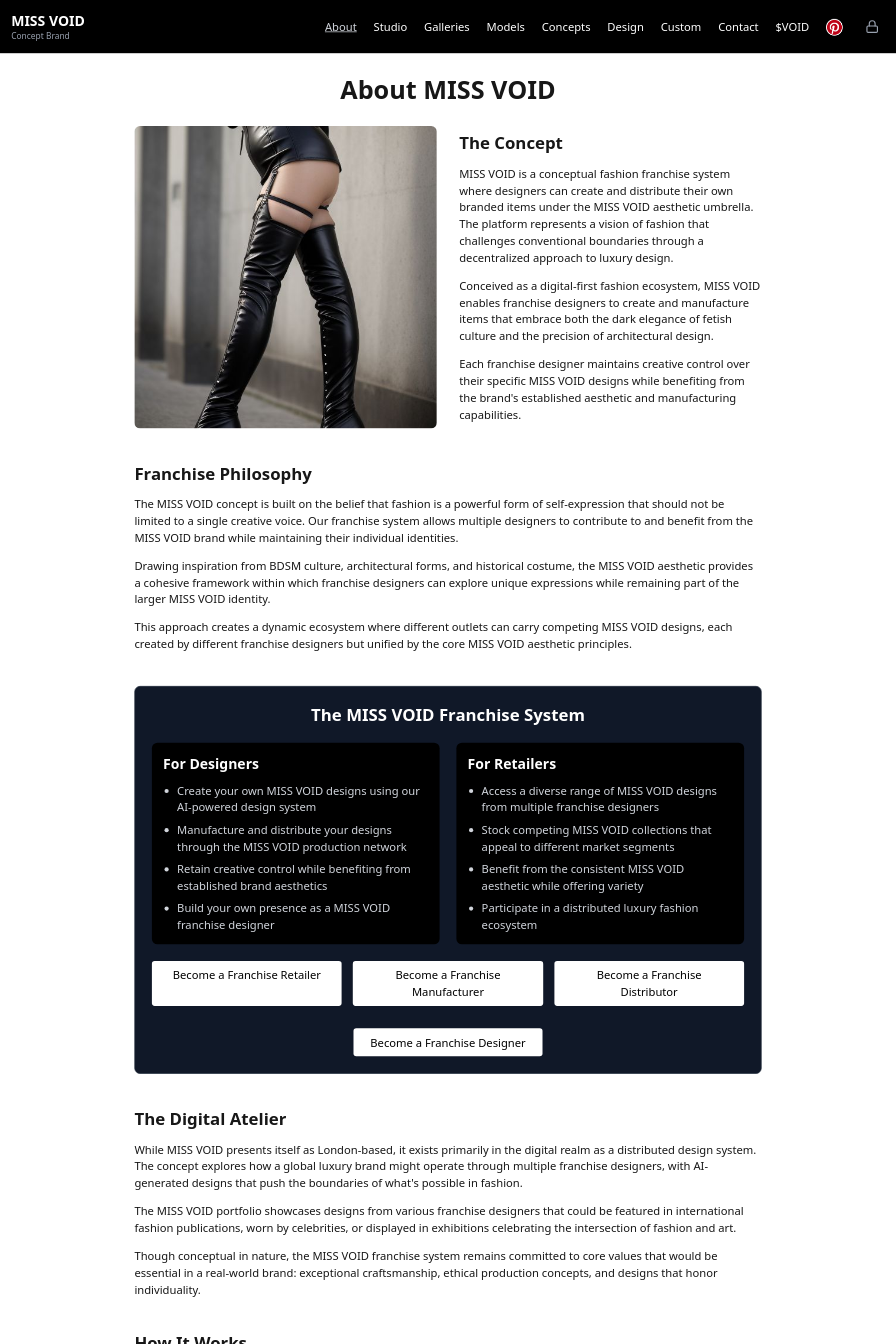
Repository: b0ase/missvoid2
Page: /about
An editor plug-in stored every save of this project. The page is shown before and after the next save, followed by the edit.
The browser window is 1280 px wide. The pictures show the part of the page from y = 0 to 1920 px (the page is 2626 px tall), at 70% of full size.
The project was rebuilt for these pictures with package versions that can differ from the ones it lists, and the page was loaded fresh each time. The framework's server and built-in components were replaced by stand-ins that run in the browser. Also part of the build but not shown: next.config.js.

Above is the page before, as saved 2025-05-08 20:11:44.

### src/app/layout.tsx
import "./globals.css";
import type { Metadata } from "next";
import { Inter } from "next/font/google";
import Script from "next/script";
import Navigation from "./components/Navigation";
import { DevModeProvider } from "./context/DevModeContext";

const inter = Inter({
  subsets: ["latin"],
  variable: "--font-inter",
});

export const metadata: Metadata = {
  title: "MISS VOID Gallery",
  description: "Gallery of MISS VOID images and collections",
  other: {
    "content-security-policy": "default-src 'self'; img-src 'self' data: blob: https:; script-src 'self' 'unsafe-eval' 'unsafe-inline' blob: https://vercel.live https://*.vercel.app; style-src 'self' 'unsafe-inline'; font-src 'self'; connect-src 'self' ws: wss: https://api.stability.ai https://*.vercel.app; worker-src 'self' blob:;"
  }
};

export default function RootLayout({
  children,
}: {
  children: React.ReactNode;
}) {
  return (
    <html lang="en">
      <body className={`${inter.variable} antialiased min-h-screen flex flex-col`}>
        <DevModeProvider>
          <Navigation />
          <main className="flex-grow">
            {children}
          </main>
          <footer className="bg-black text-white py-4 text-center text-sm">
            <div className="container mx-auto px-4">
              <p>© {new Date().getFullYear()} MISS VOID. All rights reserved.</p>
            </div>
          </footer>
        </DevModeProvider>
        <Script src="/csp-bypass.js" strategy="beforeInteractive" />
      </body>
    </html>
  );
}

### src/app/globals.css
@import "tailwindcss";

:root {
  --background: #ffffff;
  --foreground: #171717;
}

@theme inline {
  --color-background: var(--background);
  --color-foreground: var(--foreground);
  --font-sans: var(--font-inter);
}

@media (prefers-color-scheme: dark) {
  :root {
    --background: #0a0a0a;
    --foreground: #ededed;
  }
}

body {
  background: var(--background);
  color: var(--foreground);
  font-family: var(--font-sans), Arial, Helvetica, sans-serif;
}

/* Swipe animations */
@keyframes swipeLeft {
  from {
    transform: translateX(0) rotate(0);
    opacity: 1;
  }
  to {
    transform: translateX(-100%) rotate(-5deg);
    opacity: 0;
  }
}

@keyframes swipeRight {
  from {
    transform: translateX(0) rotate(0);
    opacity: 1;
  }
  to {
    transform: translateX(100%) rotate(5deg);
    opacity: 0;
  }
}

@keyframes fadeIn {
  from {
    opacity: 0;
    transform: scale(0.9);
  }
  to {
    opacity: 1;
    transform: scale(1);
  }
}

.swipe-left {
  animation: swipeLeft 0.3s ease-out forwards;
}

.swipe-right {
  animation: swipeRight 0.3s ease-out forwards;
}

.fade-in {
  animation: fadeIn 0.3s ease-out forwards;
}

/* Animation for mobile menu */
.animate-fadeIn {
  animation: fadeIn 0.2s ease-out forwards;
}

/* Removing swipe indicator styles since they're no longer used */

/* Scrollable descriptions on mobile */
.scrollable-description {
  max-height: 50vh; /* Limit height to half the viewport height */
  overflow-y: auto; /* Enable vertical scrolling */
  padding: 1rem; /* Add some padding for better readability */
}

### src/app/components/Navigation.tsx
"use client";

import Link from 'next/link';
import { usePathname } from 'next/navigation';
import { useState } from 'react';
import Image from 'next/image';
import DevModeToggle from './DevModeToggle';

export default function Navigation() {
  const pathname = usePathname();
  const [mobileMenuOpen, setMobileMenuOpen] = useState(false);

  const toggleMobileMenu = () => {
    setMobileMenuOpen(!mobileMenuOpen);
  };

  return (
    <nav className="bg-black text-white py-4">
      <div className="container mx-auto px-4 flex items-center justify-between">
        <div className="flex flex-col items-start">
          <Link href="/" className="text-xl font-bold">MISS VOID</Link>
          <span className="text-xs text-gray-400">Concept Brand</span>
        </div>

        {/* Desktop Navigation */}
        <div className="hidden md:flex items-center space-x-6">
          <Link
            href="/about"
            className={`hover:text-gray-300 transition ${pathname === '/about' ? 'text-gray-300 underline' : ''}`}
          >
            About
          </Link>
          <Link
            href="/studio"
            className={`hover:text-gray-300 transition ${pathname === '/studio' ? 'text-gray-300 underline' : ''}`}
          >
            Studio
          </Link>
          <Link
            href="/gallery"
            className={`hover:text-gray-300 transition ${pathname === '/gallery' ? 'text-gray-300 underline' : ''}`}
          >
            Galleries
          </Link>
          <Link
            href="/models"
            className={`hover:text-gray-300 transition ${pathname === '/models' ? 'text-gray-300 underline' : ''}`}
          >
            Models
          </Link>
          <Link
            href="/services"
            className={`hover:text-gray-300 transition ${pathname === '/services' ? 'text-gray-300 underline' : ''}`}
          >
            Concepts
          </Link>
          <Link
            href="/design"
            className={`hover:text-gray-300 transition ${pathname === '/design' ? 'text-gray-300 underline' : ''}`}
          >
            Design
          </Link>
          <Link
            href="/custom"
            className={`hover:text-gray-300 transition ${pathname === '/custom' ? 'text-gray-300 underline' : ''}`}
          >
            Custom
          </Link>
          <Link
            href="/contact"
            className={`hover:text-gray-300 transition ${pathname === '/contact' ? 'text-gray-300 underline' : ''}`}
          >
            Contact
          </Link>
          <Link
            href="/void"
            className={`hover:text-gray-300 transition font-medium ${pathname === '/void' ? 'text-gray-300 underline' : ''}`}
          >
            $VOID
          </Link>
          <Link
            href="https://uk.pinterest.com/MissVoid_Couture/"
            className="hover:text-gray-300 transition"
            target="_blank"
            rel="noopener noreferrer"
          >
            <Image
              src="/images/Pinterest-logo.png"
              alt="Pinterest"
              width={24}
              height={24}
              className="inline-block"
            />
          </Link>
          <DevModeToggle />
        </div>

        {/* Mobile Menu Button and Dev Mode Toggle */}
        <div className="md:hidden flex items-center space-x-4">
          <DevModeToggle />
          <button onClick={toggleMobileMenu}>
            {mobileMenuOpen ? (
              <svg xmlns="http://www.w3.org/2000/svg" fill="none" viewBox="0 0 24 24" stroke="currentColor" className="w-6 h-6">
                <path strokeLinecap="round" strokeLinejoin="round" strokeWidth={2} d="M6 18L18 6M6 6l12 12" />
              </svg>
            ) : (
              <svg xmlns="http://www.w3.org/2000/svg" fill="none" viewBox="0 0 24 24" stroke="currentColor" className="w-6 h-6">
                <path strokeLinecap="round" strokeLinejoin="round" strokeWidth={2} d="M4 6h16M4 12h16M4 18h16" />
              </svg>
            )}
          </button>
        </div>
      </div>

      {/* Mobile Navigation */}
      {mobileMenuOpen && (
        <div className="md:hidden px-4 py-2 flex flex-col space-y-2 animate-fadeIn">
          <Link
            href="/about"
            className={`py-2 hover:text-gray-300 transition ${pathname === '/about' ? 'text-gray-300 underline' : ''}`}
            onClick={() => setMobileMenuOpen(false)}
          >
            About
          </Link>
          <Link
            href="/studio"
            className={`py-2 hover:text-gray-300 transition ${pathname === '/studio' ? 'text-gray-300 underline' : ''}`}
            onClick={() => setMobileMenuOpen(false)}
          >
            Studio
          </Link>
          <Link
            href="/gallery"
            className={`py-2 hover:text-gray-300 transition ${pathname === '/gallery' ? 'text-gray-300 underline' : ''}`}
            onClick={() => setMobileMenuOpen(false)}
          >
            Galleries
          </Link>
          <Link
            href="/models"
            className={`py-2 hover:text-gray-300 transition ${pathname === '/models' ? 'text-gray-300 underline' : ''}`}
            onClick={() => setMobileMenuOpen(false)}
          >
            Models
          </Link>
          <Link
            href="/services"
            className={`py-2 hover:text-gray-300 transition ${pathname === '/services' ? 'text-gray-300 underline' : ''}`}
            onClick={() => setMobileMenuOpen(false)}
          >
            Concepts
          </Link>
          <Link
            href="/design"
            className={`py-2 hover:text-gray-300 transition ${pathname === '/design' ? 'text-gray-300 underline' : ''}`}
            onClick={() => setMobileMenuOpen(false)}
          >
            Design
          </Link>
          <Link
            href="/custom"
            className={`py-2 hover:text-gray-300 transition ${pathname === '/custom' ? 'text-gray-300 underline' : ''}`}
            onClick={() => setMobileMenuOpen(false)}
          >
            Custom
          </Link>
          <Link
            href="/contact"
            className={`py-2 hover:text-gray-300 transition ${pathname === '/contact' ? 'text-gray-300 underline' : ''}`}
            onClick={() => setMobileMenuOpen(false)}
          >
            Contact
          </Link>
          <Link
            href="/void"
            className={`py-2 hover:text-gray-300 transition font-medium ${pathname === '/void' ? 'text-gray-300 underline' : ''}`}
            onClick={() => setMobileMenuOpen(false)}
          >
            $VOID
          </Link>
          <Link
            href="https://uk.pinterest.com/MissVoid_Couture/"
            className="py-2 hover:text-gray-300 transition"
            target="_blank"
            rel="noopener noreferrer"
            onClick={() => setMobileMenuOpen(false)}
          >
            <Image
              src="/images/Pinterest-logo.png"
              alt="Pinterest"
              width={24}
              height={24}
              className="inline-block"
            />
          </Link>
        </div>
      )}
    </nav>
  );
}

### src/app/context/DevModeContext.tsx
"use client";

import React, { createContext, useContext, useState, ReactNode } from 'react';

interface DevModeContextType {
  isDevMode: boolean;
  toggleDevMode: (password: string) => boolean;
  exitDevMode: () => void;
}

const DevModeContext = createContext<DevModeContextType | undefined>(undefined);

export function DevModeProvider({ children }: { children: ReactNode }) {
  const [isDevMode, setIsDevMode] = useState(false);
  const DEV_PASSWORD = 'MissVoid123';

  const toggleDevMode = (password: string): boolean => {
    if (password === DEV_PASSWORD) {
      setIsDevMode(true);
      return true;
    }
    return false;
  };

  const exitDevMode = () => {
    setIsDevMode(false);
  };

  return (
    <DevModeContext.Provider value={{ isDevMode, toggleDevMode, exitDevMode }}>
      {children}
    </DevModeContext.Provider>
  );
}

export function useDevMode() {
  const context = useContext(DevModeContext);
  if (context === undefined) {
    throw new Error('useDevMode must be used within a DevModeProvider');
  }
  return context;
}

### src/app/components/DevModeToggle.tsx
"use client";

import { useState } from 'react';
import { useDevMode } from '../context/DevModeContext';

export default function DevModeToggle() {
  const { isDevMode, toggleDevMode, exitDevMode } = useDevMode();
  const [isModalOpen, setIsModalOpen] = useState(false);
  const [password, setPassword] = useState('');
  const [error, setError] = useState('');

  const handleToggleModal = () => {
    setIsModalOpen(!isModalOpen);
    setPassword('');
    setError('');
  };

  const handleSubmit = (e: React.FormEvent) => {
    e.preventDefault();
    const success = toggleDevMode(password);
    if (success) {
      setIsModalOpen(false);
      setPassword('');
      setError('');
    } else {
      setError('Incorrect password');
    }
  };

  return (
    <div className="relative">
      <button
        onClick={isDevMode ? exitDevMode : handleToggleModal}
        className="flex items-center justify-center p-2 rounded-full"
        aria-label={isDevMode ? "Exit Dev Mode" : "Enter Dev Mode"}
        title={isDevMode ? "Exit Dev Mode" : "Dev Mode"}
      >
        {/* Padlock Icon */}
        <svg
          xmlns="http://www.w3.org/2000/svg"
          viewBox="0 0 24 24"
          fill="none"
          stroke="currentColor"
          strokeWidth="2"
          strokeLinecap="round"
          strokeLinejoin="round"
          className={`w-5 h-5 ${isDevMode ? "text-red-500" : "text-gray-400"}`}
        >
          {isDevMode ? (
            <>
              <rect x="3" y="11" width="18" height="11" rx="2" ry="2"></rect>
              <path d="M7 11V7a5 5 0 0 1 10 0v4"></path>
              <line x1="12" y1="16" x2="12" y2="16.01"></line>
            </>
          ) : (
            <>
              <rect x="3" y="11" width="18" height="11" rx="2" ry="2"></rect>
              <path d="M7 11V7a5 5 0 0 1 10 0v4"></path>
            </>
          )}
        </svg>

        {isDevMode && (
          <span className="absolute -top-1 -right-1 w-3 h-3 bg-red-500 rounded-full"></span>
        )}
      </button>

      {/* Password Modal */}
      {isModalOpen && !isDevMode && (
        <div className="fixed inset-0 flex items-center justify-center z-50">
          <div className="absolute inset-0 bg-black opacity-50" onClick={handleToggleModal}></div>
          <div className="bg-white p-6 rounded-lg shadow-xl z-10 w-full max-w-sm">
            <h3 className="text-xl font-bold mb-4">Enter Dev Mode</h3>
            <form onSubmit={handleSubmit}>
              <div className="mb-4">
                <label htmlFor="password" className="block text-sm font-medium text-gray-700 mb-1">
                  Password
                </label>
                <input
                  type="password"
                  id="password"
                  value={password}
                  onChange={(e) => setPassword(e.target.value)}
                  className="w-full px-3 py-2 border border-gray-300 rounded-md shadow-sm focus:outline-none focus:ring-2 focus:ring-black"
                  placeholder="Enter password"
                />
                {error && <p className="text-red-500 text-sm mt-1">{error}</p>}
              </div>
              <div className="flex justify-end space-x-3">
                <button
                  type="button"
                  onClick={handleToggleModal}
                  className="px-4 py-2 text-sm font-medium text-gray-700 bg-gray-100 rounded-md hover:bg-gray-200 focus:outline-none focus:ring-2 focus:ring-offset-2 focus:ring-gray-500"
                >
                  Cancel
                </button>
                <button
                  type="submit"
                  className="px-4 py-2 text-sm font-medium text-white bg-black rounded-md hover:bg-gray-800 focus:outline-none focus:ring-2 focus:ring-offset-2 focus:ring-black"
                >
                  Enter
                </button>
              </div>
            </form>
          </div>
        </div>
      )}
    </div>
  );
}

Loaded but not shown: public/csp-bypass.js (17 lines, source omitted); src/app/about/page.tsx (162 lines, source omitted)

After the next save:
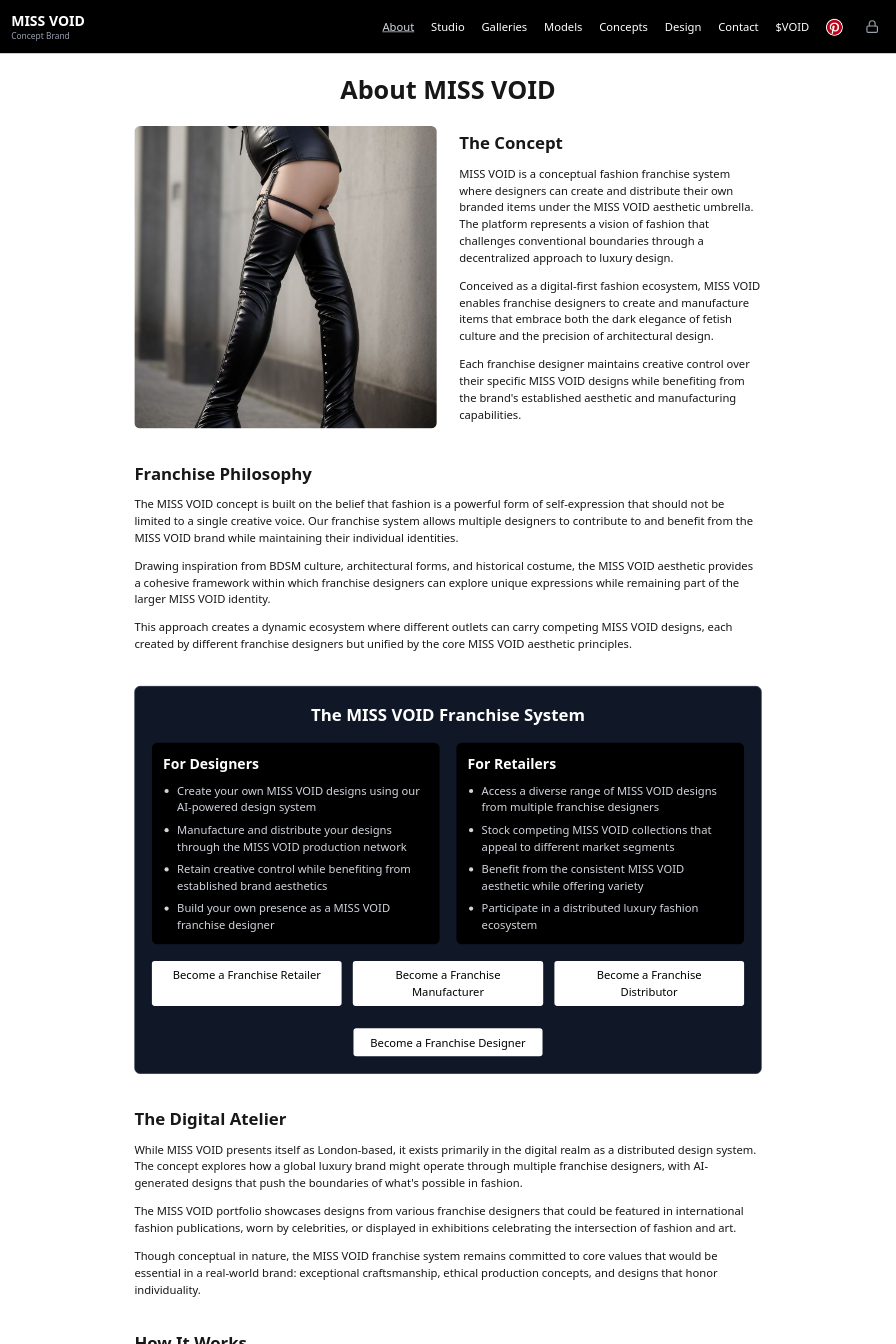
Saved 99 s later.
--- a/src/app/components/Navigation.tsx
+++ b/src/app/components/Navigation.tsx
@@ -59,12 +59,6 @@
             className={`hover:text-gray-300 transition ${pathname === '/design' ? 'text-gray-300 underline' : ''}`}
           >
             Design
-          </Link>
-          <Link
-            href="/custom"
-            className={`hover:text-gray-300 transition ${pathname === '/custom' ? 'text-gray-300 underline' : ''}`}
-          >
-            Custom
           </Link>
           <Link
             href="/contact"
@@ -158,13 +152,6 @@
             Design
           </Link>
           <Link
-            href="/custom"
-            className={`py-2 hover:text-gray-300 transition ${pathname === '/custom' ? 'text-gray-300 underline' : ''}`}
-            onClick={() => setMobileMenuOpen(false)}
-          >
-            Custom
-          </Link>
-          <Link
             href="/contact"
             className={`py-2 hover:text-gray-300 transition ${pathname === '/contact' ? 'text-gray-300 underline' : ''}`}
             onClick={() => setMobileMenuOpen(false)}
